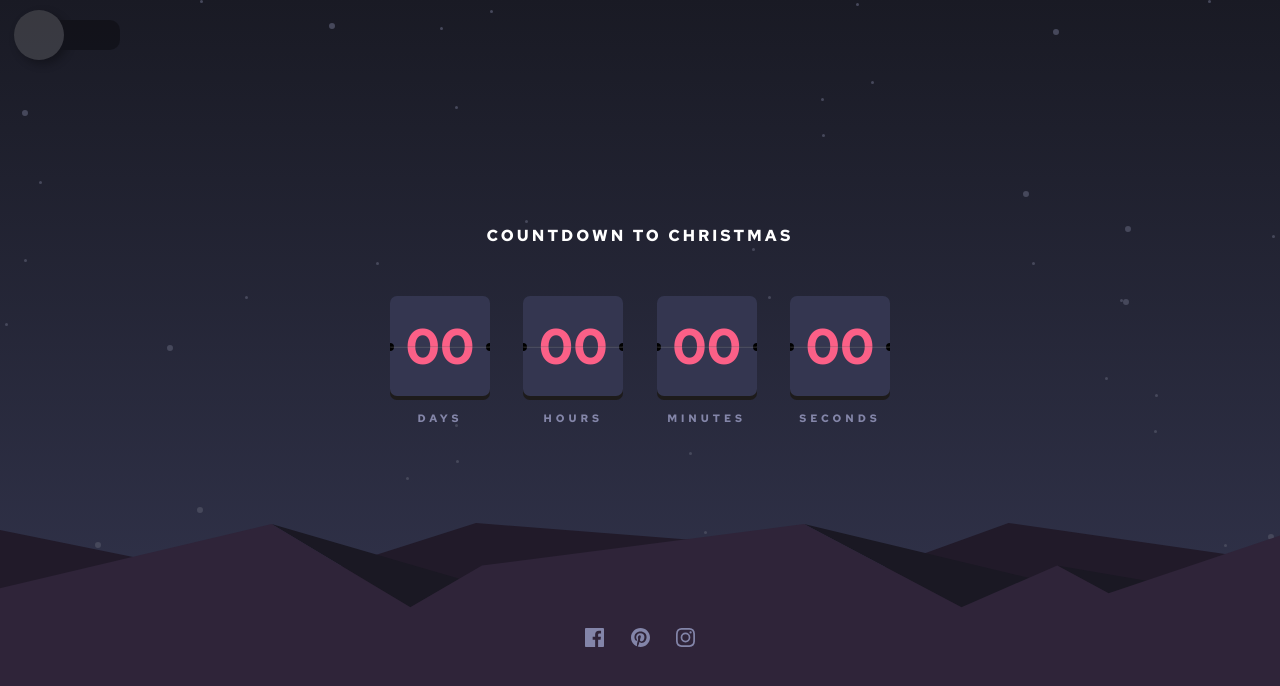
Repository: Eugene44-hub/countdown
Page: index.html
These files come from the project's save history. The page is drawn as it stood at one moment and after the next save; the edit follows.
The browser window is 1280 px wide. The pictures show the whole page.
After loading, the first visible `div.toggle` was clicked once.

Above is the page before, as saved 2021-09-13 03:01:40.

### index.html
<!DOCTYPE html>
<html lang="en">

<head>
    <meta charset="UTF-8">
    <meta http-equiv="X-UA-Compatible" content="IE=edge">
    <meta name="viewport" content="width=device-width, initial-scale=1.0">
    <title>Document</title>
    <link rel="stylesheet" href="style.css">
</head>

<body>
    <div class="box">
        <div class="toggle"></div>
    </div>

    <div class="container">

        <div class="timer">
            <h4 class="col10">countdown to christmas</h4>
            <div>
                <div class="card">
                    <div class="circle"></div>
                    <div class="circle circle2"></div>
                    <p id="days">00</p>
                    <hr>
                </div>
                <h6>days</h6>
            </div>
            <div>
                <div class="card">
                    <div class="circle"></div>
                    <div class="circle circle2"></div>
                    <p id="hours">00</p>
                    <hr>
                </div>
                <h6>hours</h6>
            </div>
            <div>
                <div class="card">
                    <div class="circle"></div>
                    <div class="circle circle2"></div>
                    <p id="minutes">00</p>
                    <hr>
                </div>
                <h6>minutes</h6>
            </div>
            <div>
                <div class="card">
                    <div class="circle"></div>
                    <div class="circle circle2"></div>
                    <p id="seconds">00</p>
                    <hr>
                </div>
                <h6>seconds</h6>
            </div>

        </div>
        <footer>
            <div class="social-media" id="facebook">
                <a href=""><img src="images/icon-facebook.svg"></a>
            </div>
            <div class="social-media" id="pinterest">
                <a href="">
                    <img src="images/icon-pinterest.svg">
                </a>
            </div>
            <div class="social-media" id="instagram">
                <a href="">
                    <img src="images/icon-instagram.svg">
                </a>
            </div>



        </footer>
    </div>

    <script src="app.js"></script>

</body>

</html>

</html>

### style.css
    @import url('https://fonts.googleapis.com/css2?family=Red+Hat+Text:wght@700&display=swap');
    * {
        padding: 0;
        margin: 0;
        box-sizing: border-box;
    }

    body {
        /* background-color: hsl(235, 16%, 14%); */
        /* background-color: hsl(234, 17%, 12%); */
        background-image: url('images/pattern-hills.svg'), url('images/bg-stars.svg'), linear-gradient( hsl(235, 18%, 12%), hsl(236, 21%, 26%));
        background-position: bottom, top;
        background-repeat: no-repeat, repeat;
        background-size: contain;
        background-attachment: fixed;
        font-family: 'Red Hat Text';
    }

    .container {
        display: flex;
        width: 100%;
        height: 500px;
        flex-wrap: wrap;
        text-align: center;
    }

    .col10 {
        flex: 100%;
        margin: auto;
    }

    h4 {
        color: white;
        padding: 50px;
        text-transform: uppercase;
        letter-spacing: 3px;
    }

    h6 {
        color: white;
        text-transform: uppercase;
        margin-top: 15px;
        color: hsl(237, 18%, 59%);
        letter-spacing: 4px;
    }

    .timer {
        margin: auto;
        display: flex;
        flex-wrap: wrap;
        justify-content: space-between;
        max-width: 500px;
    }

    .card {
        background-color: hsl(236, 21%, 26%);
        width: 100px;
        height: 100px;
        position: relative;
        overflow: hidden;
        box-shadow: 0px 4px rgb(29, 27, 27);
        border-radius: 7px;
        display: flex;
    }

    p {
        font-size: 50px;
        color: hsl(345, 95%, 68%);
        margin: auto;
    }

    .circle {
        border-width: 4px;
        border-radius: 50%;
        border-color: black;
        border-style: solid;
        height: 1px;
        position: absolute;
        left: -4px;
        top: 47%;
    }

    .circle2 {
        left: 96px;
    }

    hr {
        position: absolute;
        width: 100%;
        top: 50%;
        left: 0%;
        border-color: rgb(158, 158, 158);
        opacity: 0.2;
    }

    footer {
        display: flex;
        justify-content: space-between;
        flex: 100%;
        max-width: 130px;
        position: absolute;
        bottom: 5%;
        left: 50%;
        transform: translate(-50%, -50%);
    }

    img {
        width: 100%
    }

    .social-media {
        width: 30%;
        padding: 10px;
    }

    img:hover {
        background-color: hsl(345, 95%, 68%);
    }

    .box {
        background-color: black;
        height: 30px;
        width: 100px;
        position: relative;
        transition: all 0.5s;
        border-radius: 10px;
        margin-left: 20px;
        margin-top: 20px;
        opacity: 0.3;
    }

    .toggle {
        top: -10px;
        background-color: grey;
        height: 50px;
        width: 50px;
        box-shadow: 4px 4px 10px black;
        border-radius: 50%;
        position: absolute;
        left: -6px;
        transition: all 0.5s;
    }

    @media screen and (max-width: 720px) {
        .timer {
            max-width: 100%;
            padding: 2px;
        }
        body {
            background-size: auto;
        }
    }
    /* timer color  hsl(345, 95%, 68%)
timer card color hsl(237, 18%, 59%)
* /

### app.js
setInterval(e => {
    const days = document.querySelector('#days');
    const hours = document.querySelector('#hours');
    const minutes = document.querySelector('#minutes');
    const seconds = document.querySelector('#seconds');
    //Actual values
    const proposed = new Date('2021-12-25');
    const current = new Date();

    const proArr = [proposed.getHours(), proposed.getMinutes(), proposed.getSeconds(), proposed.getDay(), proposed.getMonth()];
    let daysTo, hoursTo, minutesTo, secondsTo;

    daysTo = (((proArr.at(-1) * 31) - 7) + proposed.getDate()) - (((current.getMonth() * 31) - 5) + current.getDate());
    hoursTo = (24 - current.getHours());
    minutesTo = (60 - current.getMinutes());
    secondsTo = (60 - current.getSeconds());

    days.textContent = daysTo;
    hours.textContent = hoursTo;
    minutes.textContent = minutesTo;
    seconds.textContent = secondsTo;
}, Infinity)

const box = document.querySelector('.box')
const toggle = document.querySelector('.toggle');
toggle.addEventListener('click', e => {
    if (toggle.style.left == '-6px') {

        toggle.style.left = '50px'
        box.style.backgroundColor = 'white';
        document.body.style.backgroundImage = " url('images/snow-clipart-620123-ields-covered-with-snow-under-a-b-Stock-Vector.jpg')";
        document.body.style.backgroundRepeat = 'no-repeat';
        document.body.style.backgroundSize = 'cover'


    } else {
        toggle.style.left = '-6px'
        box.style.backgroundColor = 'black';
        document.body.style.backgroundImage = " url('images/pattern-hills.svg'), url('images/bg-stars.svg'), linear-gradient( hsl(235, 18%, 12%), hsl(236, 21%, 26%))"
        document.body.style.backgroundRepeat = 'no-repeat';
        document.body.style.backgroundSize = 'auto'

    }
})







//calculation starts
// console.log((((proArr.at(-1) * 31) - 7) + proposed.getDate()) - (((current.getMonth() * 31) - 5) + current.getDate()) + 'days to christmas');
// console.log('hours:' + (24 - current.getHours()));
// console.log('minutes:' + (60 - current.getMinutes()));
// console.log('seconds:' + (60 - current.getSeconds()));
//claculations end


// console.log('proposed days:' + (((proArr.at(-1) * 31) - 7) + proposed.getDate()));
// console.log('current days:' + (((current.getMonth() * 31) - 5) + current.getDate()));
//test
// let cal = proposed. - current;
// console.log(proposed);
// console.log(current.getDate());
// console.log(proArr.at(-1) + 1);
// let another = new Date(cal);
// console.log(another)
//359-253 propsed day - current day(mth*31-7) for september minus 6

After the next save:
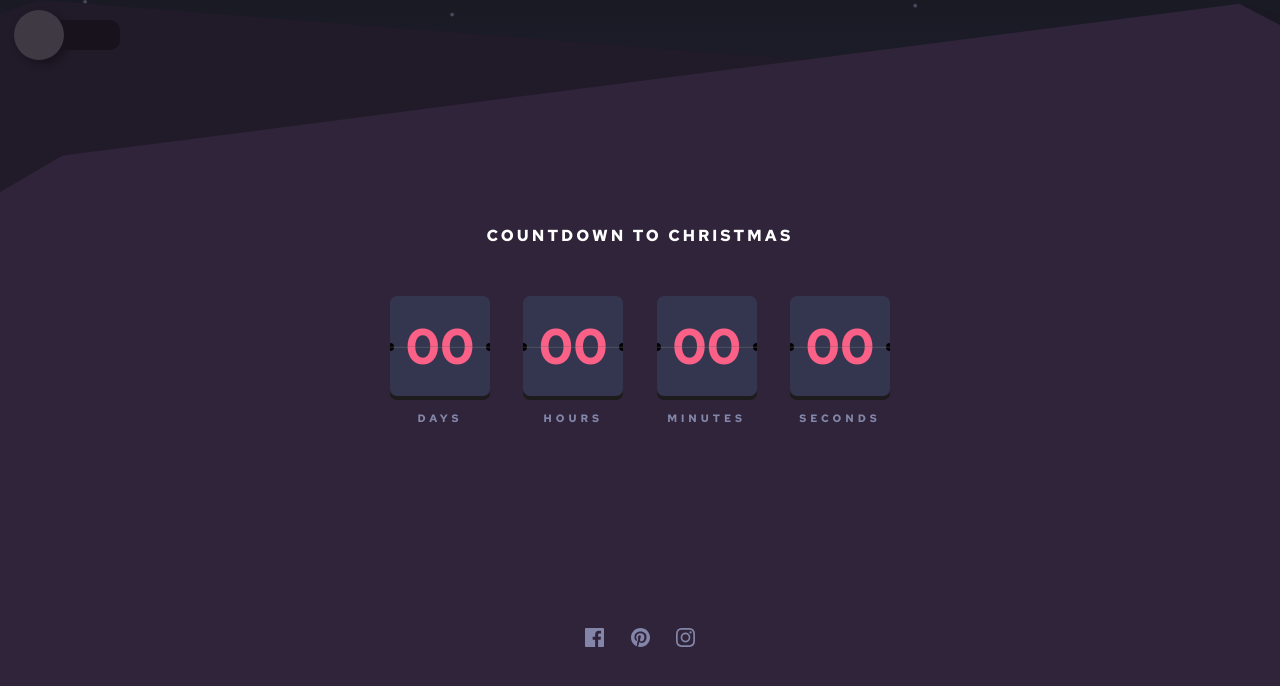
Saved 9 s later.
--- a/app.js
+++ b/app.js
@@ -39,7 +39,7 @@ toggle.addEventListener('click', e => {
         document.body.style.backgroundImage = " url('images/pattern-hills.svg'), url('images/bg-stars.svg'), linear-gradient( hsl(235, 18%, 12%), hsl(236, 21%, 26%))"
         document.body.style.backgroundRepeat = 'no-repeat';
         document.body.style.backgroundSize = 'auto'
-
+        document.body.style.backgroundSize = 'cover'
     }
 })
 
